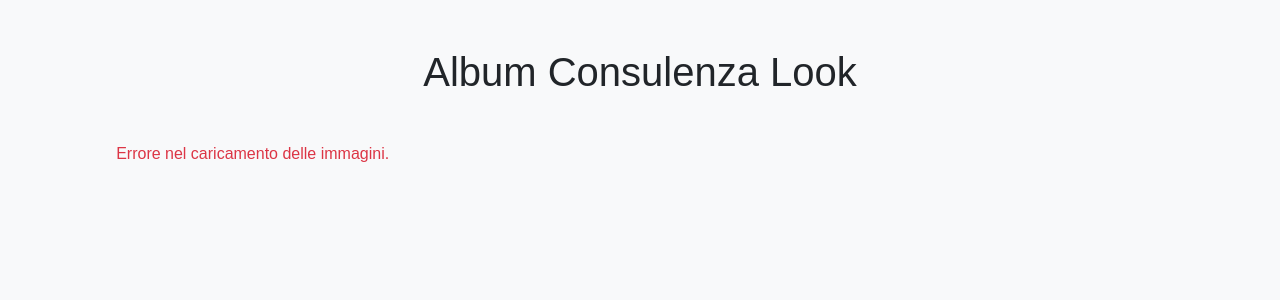
Repository: Probyte5D/Armocromia-website
Page: album.html
The author's editor kept a copy of each file at every save. The page is drawn from the files as they stood at one save, then again after the next save.
The browser window is 1280 px wide. The pictures show the whole page.
The page's requests for data from a server got no answer.

Above is the page before, as saved 2025-04-18 21:40:49.

### album.html
<!DOCTYPE html>
<html lang="it">
<head>
  <meta charset="UTF-8">
  <meta name="viewport" content="width=device-width, initial-scale=1.0">
  <title>Album Consulenza Look</title>
  <link href="https://cdn.jsdelivr.net/npm/bootstrap@5.1.0/dist/css/bootstrap.min.css" rel="stylesheet">
  <!-- Link al CSS personalizzato -->
  <link rel="stylesheet" href="album.css" />
</head>
<body>
  <div class="container py-5">
    <h1 class="text-center mb-4">Album Consulenza Look</h1>
    <div id="lookAlbum" class="row g-3">
      <!-- Le immagini saranno caricate qui dinamicamente -->
    </div>
  </div>

  <!-- Caricamento dei file JS di Bootstrap e il tuo JS personalizzato -->
  <script src="https://cdn.jsdelivr.net/npm/bootstrap@5.1.0/dist/js/bootstrap.bundle.min.js"></script>
  <script src="album.js"></script>
</body>
</html>

### album.css
/* Impostiamo il background e font di base */
body {
  background-color: #f8f9fa;
  font-family: 'Arial', sans-serif;
}

/* Layout per il contenitore delle immagini */
#lookAlbum {
  display: grid;
  grid-template-columns: repeat(auto-fill, minmax(350px, 1fr)); /* Aumentato a 350px per ogni immagine */
  gap: 30px;  /* Spazio maggiore tra le immagini */
  margin-top: 30px;
}

/* Card immagine, posizione relativa per caption */
.album-item {
  position: relative;
  overflow: hidden;
  border-radius: 10px;
  box-shadow: 0 4px 15px rgba(0, 0, 0, 0.1);
  background-color: white;
  height: 350px;  /* Imposta un'altezza fissa per tutte le immagini */
}

/* Immagini più grandi con altezza automatica per mantenere il rapporto */
.album-item img {
  width: 100%;
  height: 100%;
  object-fit: cover;  /* Assicura che l'immagine riempi il contenitore senza distorsioni */
  object-position: center;  /* Centra l'immagine se è più grande del contenitore */
  transition: transform 0.3s ease-in-out;
}

/* Effetto hover per ingrandire l'immagine */
.album-item:hover img {
  transform: scale(1.1); /* Ingrandisce l'immagine al passaggio del mouse */
}

/* Caption sovrapposta sopra l'immagine */
.album-item .caption {
  position: absolute;
  bottom: 0;
  left: 0;
  right: 0;
  padding: 15px;
  background: rgba(0, 0, 0, 0.5);
  color: white;
  text-align: center;
  font-size: 1.2rem;
  font-weight: bold;
}

/* Responsività per schermi più piccoli */
@media (max-width: 768px) {
  #lookAlbum {
    grid-template-columns: 1fr 1fr;  /* 2 immagini per riga su schermi medi */
  }
}

@media (max-width: 480px) {
  #lookAlbum {
    grid-template-columns: 1fr;  /* 1 immagine per riga su schermi piccoli */
  }
}

### album.js

    const API_KEY = '1J5XZG6HEjef4TKrOiBtmHWoMJVdLRUIxplL9GJzFHBeI64zgRPny53m';
    const query = 'fashion look';  // Modifica la query per altre immagini

    // Carica le immagini
    fetch(`https://api.pexels.com/v1/search?query=${encodeURIComponent(query)}&per_page=51`, {
      headers: { Authorization: API_KEY }
    })
    .then(r => r.json())
    .then(data => {
      const row = document.getElementById('lookAlbum');
      if (data && data.photos) {
        data.photos.forEach(photo => {
          const col = document.createElement('div');
          col.className = 'col-6 col-md-4';
          col.innerHTML = `
            <img src="${photo.src.medium}" class="img-fluid rounded shadow-sm" alt="${photo.photographer}" title="Ph: ${photo.photographer}">
          `;
          row.appendChild(col);
        });
      } else {
        row.innerHTML = '<p class="text-danger text-center">Nessuna immagine trovata per questa ricerca.</p>';
      }
    })
    .catch(err => {
      console.error(err);
      const row = document.getElementById('lookAlbum');
      row.innerHTML = '<p class="text-danger text-center">Errore nel caricamento delle immagini.</p>';
    });

After the next save:
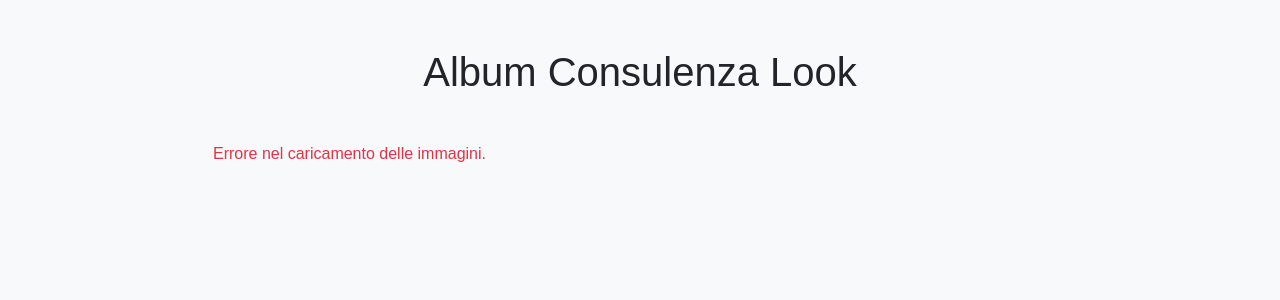
Saved 59 s later.
--- a/album.css
+++ b/album.css
@@ -7,7 +7,7 @@
 /* Layout per il contenitore delle immagini */
 #lookAlbum {
   display: grid;
-  grid-template-columns: repeat(auto-fill, minmax(350px, 1fr)); /* Aumentato a 350px per ogni immagine */
+  grid-template-columns: repeat(auto-fill, minmax(400px, 1fr)); /* Immagini più grandi: aumento a 400px per ogni immagine */
   gap: 30px;  /* Spazio maggiore tra le immagini */
   margin-top: 30px;
 }

After the save that followed:
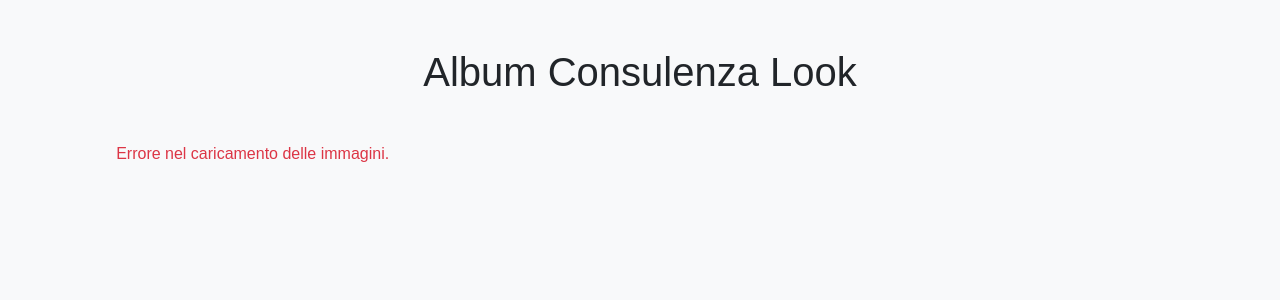
Saved 22 s later.
--- a/album.css
+++ b/album.css
@@ -7,7 +7,7 @@
 /* Layout per il contenitore delle immagini */
 #lookAlbum {
   display: grid;
-  grid-template-columns: repeat(auto-fill, minmax(400px, 1fr)); /* Immagini più grandi: aumento a 400px per ogni immagine */
+  grid-template-columns: repeat(auto-fill, minmax(350px, 1fr)); /* Aumentato a 350px per ogni immagine */
   gap: 30px;  /* Spazio maggiore tra le immagini */
   margin-top: 30px;
 }
@@ -19,15 +19,13 @@
   border-radius: 10px;
   box-shadow: 0 4px 15px rgba(0, 0, 0, 0.1);
   background-color: white;
-  height: 350px;  /* Imposta un'altezza fissa per tutte le immagini */
 }
 
 /* Immagini più grandi con altezza automatica per mantenere il rapporto */
 .album-item img {
   width: 100%;
   height: 100%;
-  object-fit: cover;  /* Assicura che l'immagine riempi il contenitore senza distorsioni */
-  object-position: center;  /* Centra l'immagine se è più grande del contenitore */
+  object-fit: cover;  /* Rende l'immagine ben proporzionata e copre l'intera area */
   transition: transform 0.3s ease-in-out;
 }
 
